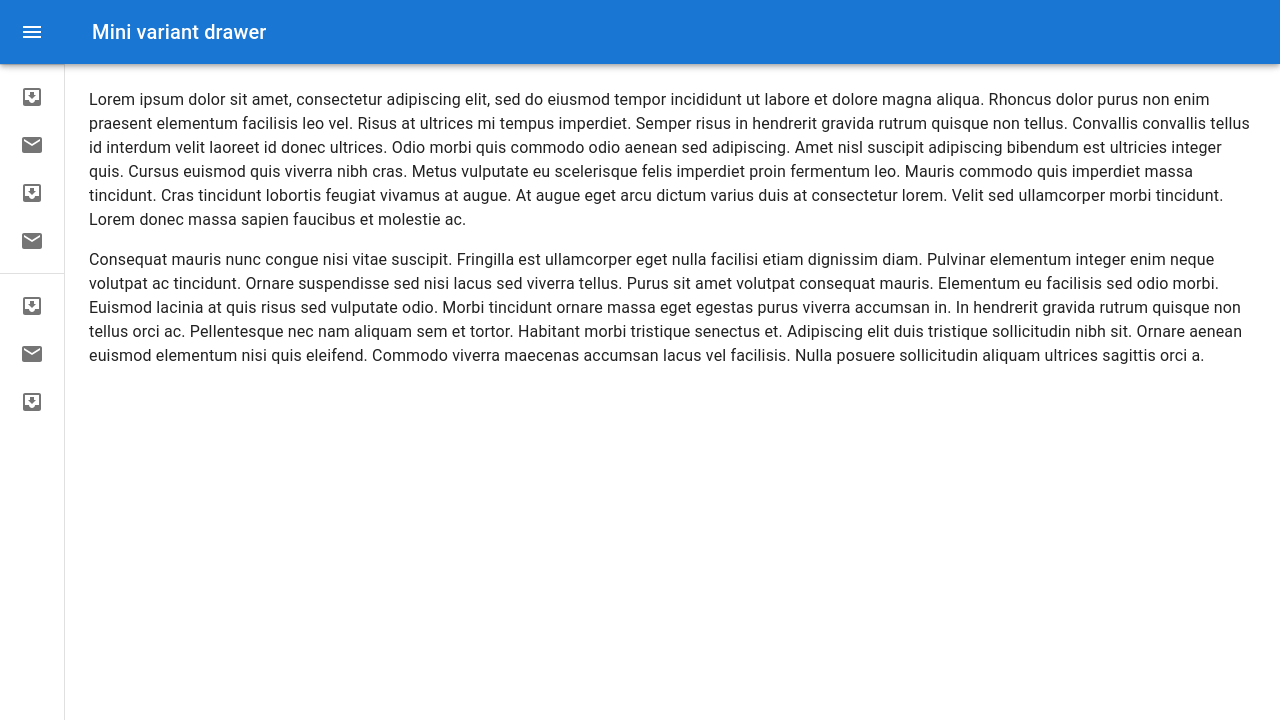
Repository: SatyaDewangan05/sample-dashboard
Page: /
The author's editor kept a copy of each file at every save. The page is drawn from the files as they stood at one save, then again after the next save.
The browser window is 1280 px wide. The pictures show the whole page.
The project was rebuilt for these pictures with package versions that can differ from the ones it lists, and the page was loaded fresh each time. The framework's server and built-in components were replaced by stand-ins that run in the browser. Also part of the build but not shown: next.config.mjs.

Above is the page before, as saved 2024-09-20 14:14:09.

### src/app/page.jsx
import Image from "next/image";
import MiniDrawer from "./components/Drawer";

export default function Home() {
  return (
    <div className="">
      <MiniDrawer />
    </div>
  );
}

### src/app/components/Drawer.jsx
"use client";

import * as React from "react";
import { styled, useTheme } from "@mui/material/styles";
import Box from "@mui/material/Box";
import MuiDrawer from "@mui/material/Drawer";
import MuiAppBar from "@mui/material/AppBar";
import Toolbar from "@mui/material/Toolbar";
import List from "@mui/material/List";
import CssBaseline from "@mui/material/CssBaseline";
import Typography from "@mui/material/Typography";
import Divider from "@mui/material/Divider";
import IconButton from "@mui/material/IconButton";
import MenuIcon from "@mui/icons-material/Menu";
import ChevronLeftIcon from "@mui/icons-material/ChevronLeft";
import ChevronRightIcon from "@mui/icons-material/ChevronRight";
import ListItem from "@mui/material/ListItem";
import ListItemButton from "@mui/material/ListItemButton";
import ListItemIcon from "@mui/material/ListItemIcon";
import ListItemText from "@mui/material/ListItemText";
import InboxIcon from "@mui/icons-material/MoveToInbox";
import MailIcon from "@mui/icons-material/Mail";

const drawerWidth = 240;

const openedMixin = (theme) => ({
  width: drawerWidth,
  transition: theme.transitions.create("width", {
    easing: theme.transitions.easing.sharp,
    duration: theme.transitions.duration.enteringScreen,
  }),
  overflowX: "hidden",
});

const closedMixin = (theme) => ({
  transition: theme.transitions.create("width", {
    easing: theme.transitions.easing.sharp,
    duration: theme.transitions.duration.leavingScreen,
  }),
  overflowX: "hidden",
  width: `calc(${theme.spacing(7)} + 1px)`,
  [theme.breakpoints.up("sm")]: {
    width: `calc(${theme.spacing(8)} + 1px)`,
  },
});

const DrawerHeader = styled("div")(({ theme }) => ({
  display: "flex",
  alignItems: "center",
  justifyContent: "flex-end",
  padding: theme.spacing(0, 1),
  // necessary for content to be below app bar
  ...theme.mixins.toolbar,
}));

const AppBar = styled(MuiAppBar, {
  shouldForwardProp: (prop) => prop !== "open",
})(({ theme }) => ({
  zIndex: theme.zIndex.drawer + 1,
  transition: theme.transitions.create(["width", "margin"], {
    easing: theme.transitions.easing.sharp,
    duration: theme.transitions.duration.leavingScreen,
  }),
  variants: [
    {
      props: ({ open }) => open,
      style: {
        marginLeft: drawerWidth,
        width: `calc(100% - ${drawerWidth}px)`,
        transition: theme.transitions.create(["width", "margin"], {
          easing: theme.transitions.easing.sharp,
          duration: theme.transitions.duration.enteringScreen,
        }),
      },
    },
  ],
}));

const Drawer = styled(MuiDrawer, {
  shouldForwardProp: (prop) => prop !== "open",
})(({ theme }) => ({
  width: drawerWidth,
  flexShrink: 0,
  whiteSpace: "nowrap",
  boxSizing: "border-box",
  variants: [
    {
      props: ({ open }) => open,
      style: {
        ...openedMixin(theme),
        "& .MuiDrawer-paper": openedMixin(theme),
      },
    },
    {
      props: ({ open }) => !open,
      style: {
        ...closedMixin(theme),
        "& .MuiDrawer-paper": closedMixin(theme),
      },
    },
  ],
}));

export default function MiniDrawer() {
  const theme = useTheme();
  const [open, setOpen] = React.useState(false);

  const handleDrawerOpen = () => {
    setOpen(true);
  };

  const handleDrawerClose = () => {
    setOpen(false);
  };

  return (
    <Box sx={{ display: "flex" }}>
      <CssBaseline />
      <AppBar position="fixed" open={open}>
        <Toolbar>
          <IconButton
            color="inherit"
            aria-label="open drawer"
            onClick={handleDrawerOpen}
            edge="start"
            sx={[
              {
                marginRight: 5,
              },
              open && { display: "none" },
            ]}
          >
            <MenuIcon />
          </IconButton>
          <Typography variant="h6" noWrap component="div">
            Mini variant drawer
          </Typography>
        </Toolbar>
      </AppBar>
      <Drawer variant="permanent" open={open}>
        <DrawerHeader>
          <IconButton onClick={handleDrawerClose}>
            {theme.direction === "rtl" ? (
              <ChevronRightIcon />
            ) : (
              <ChevronLeftIcon />
            )}
          </IconButton>
        </DrawerHeader>
        <Divider />
        <List>
          {["Inbox", "Starred", "Send email", "Drafts"].map((text, index) => (
            <ListItem key={text} disablePadding sx={{ display: "block" }}>
              <ListItemButton
                sx={[
                  {
                    minHeight: 48,
                    px: 2.5,
                  },
                  open
                    ? {
                        justifyContent: "initial",
                      }
                    : {
                        justifyContent: "center",
                      },
                ]}
              >
                <ListItemIcon
                  sx={[
                    {
                      minWidth: 0,
                      justifyContent: "center",
                    },
                    open
                      ? {
                          mr: 3,
                        }
                      : {
                          mr: "auto",
                        },
                  ]}
                >
                  {index % 2 === 0 ? <InboxIcon /> : <MailIcon />}
                </ListItemIcon>
                <ListItemText
                  primary={text}
                  sx={[
                    open
                      ? {
                          opacity: 1,
                        }
                      : {
                          opacity: 0,
                        },
                  ]}
                />
              </ListItemButton>
            </ListItem>
          ))}
        </List>
        <Divider />
        <List>
          {["All mail", "Trash", "Spam"].map((text, index) => (
            <ListItem key={text} disablePadding sx={{ display: "block" }}>
              <ListItemButton
                sx={[
                  {
                    minHeight: 48,
                    px: 2.5,
                  },
                  open
                    ? {
                        justifyContent: "initial",
                      }
                    : {
                        justifyContent: "center",
                      },
                ]}
              >
                <ListItemIcon
                  sx={[
                    {
                      minWidth: 0,
                      justifyContent: "center",
                    },
                    open
                      ? {
                          mr: 3,
                        }
                      : {
                          mr: "auto",
                        },
                  ]}
                >
                  {index % 2 === 0 ? <InboxIcon /> : <MailIcon />}
                </ListItemIcon>
                <ListItemText
                  primary={text}
                  sx={[
                    open
                      ? {
                          opacity: 1,
                        }
                      : {
                          opacity: 0,
                        },
                  ]}
                />
              </ListItemButton>
            </ListItem>
          ))}
        </List>
      </Drawer>
      <Box component="main" sx={{ flexGrow: 1, p: 3 }}>
        <DrawerHeader />
        <Typography sx={{ marginBottom: 2 }}>
          Lorem ipsum dolor sit amet, consectetur adipiscing elit, sed do
          eiusmod tempor incididunt ut labore et dolore magna aliqua. Rhoncus
          dolor purus non enim praesent elementum facilisis leo vel. Risus at
          ultrices mi tempus imperdiet. Semper risus in hendrerit gravida rutrum
          quisque non tellus. Convallis convallis tellus id interdum velit
          laoreet id donec ultrices. Odio morbi quis commodo odio aenean sed
          adipiscing. Amet nisl suscipit adipiscing bibendum est ultricies
          integer quis. Cursus euismod quis viverra nibh cras. Metus vulputate
          eu scelerisque felis imperdiet proin fermentum leo. Mauris commodo
          quis imperdiet massa tincidunt. Cras tincidunt lobortis feugiat
          vivamus at augue. At augue eget arcu dictum varius duis at consectetur
          lorem. Velit sed ullamcorper morbi tincidunt. Lorem donec massa sapien
          faucibus et molestie ac.
        </Typography>
        <Typography sx={{ marginBottom: 2 }}>
          Consequat mauris nunc congue nisi vitae suscipit. Fringilla est
          ullamcorper eget nulla facilisi etiam dignissim diam. Pulvinar
          elementum integer enim neque volutpat ac tincidunt. Ornare suspendisse
          sed nisi lacus sed viverra tellus. Purus sit amet volutpat consequat
          mauris. Elementum eu facilisis sed odio morbi. Euismod lacinia at quis
          risus sed vulputate odio. Morbi tincidunt ornare massa eget egestas
          purus viverra accumsan in. In hendrerit gravida rutrum quisque non
          tellus orci ac. Pellentesque nec nam aliquam sem et tortor. Habitant
          morbi tristique senectus et. Adipiscing elit duis tristique
          sollicitudin nibh sit. Ornare aenean euismod elementum nisi quis
          eleifend. Commodo viverra maecenas accumsan lacus vel facilisis. Nulla
          posuere sollicitudin aliquam ultrices sagittis orci a.
        </Typography>
      </Box>
    </Box>
  );
}

Loaded but not shown: src/app/layout.js (common file); src/app/globals.css (common file); tailwind.config.js (common file)

After the next save:
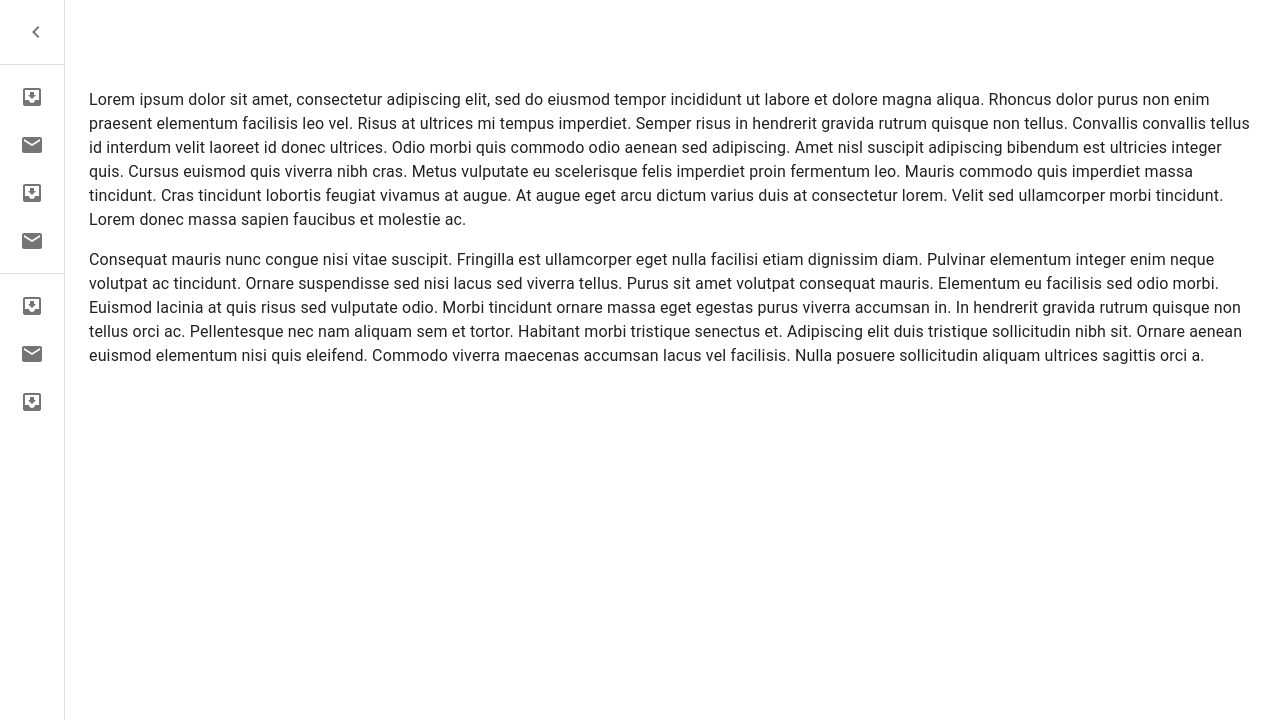
Saved 57 s later.
--- a/src/app/components/Drawer.jsx
+++ b/src/app/components/Drawer.jsx
@@ -116,7 +116,7 @@ export default function MiniDrawer() {
   return (
     <Box sx={{ display: "flex" }}>
       <CssBaseline />
-      <AppBar position="fixed" open={open}>
+      {/* <AppBar position="fixed" open={open}>
         <Toolbar>
           <IconButton
             color="inherit"
@@ -136,7 +136,7 @@ export default function MiniDrawer() {
             Mini variant drawer
           </Typography>
         </Toolbar>
-      </AppBar>
+      </AppBar> */}
       <Drawer variant="permanent" open={open}>
         <DrawerHeader>
           <IconButton onClick={handleDrawerClose}>
